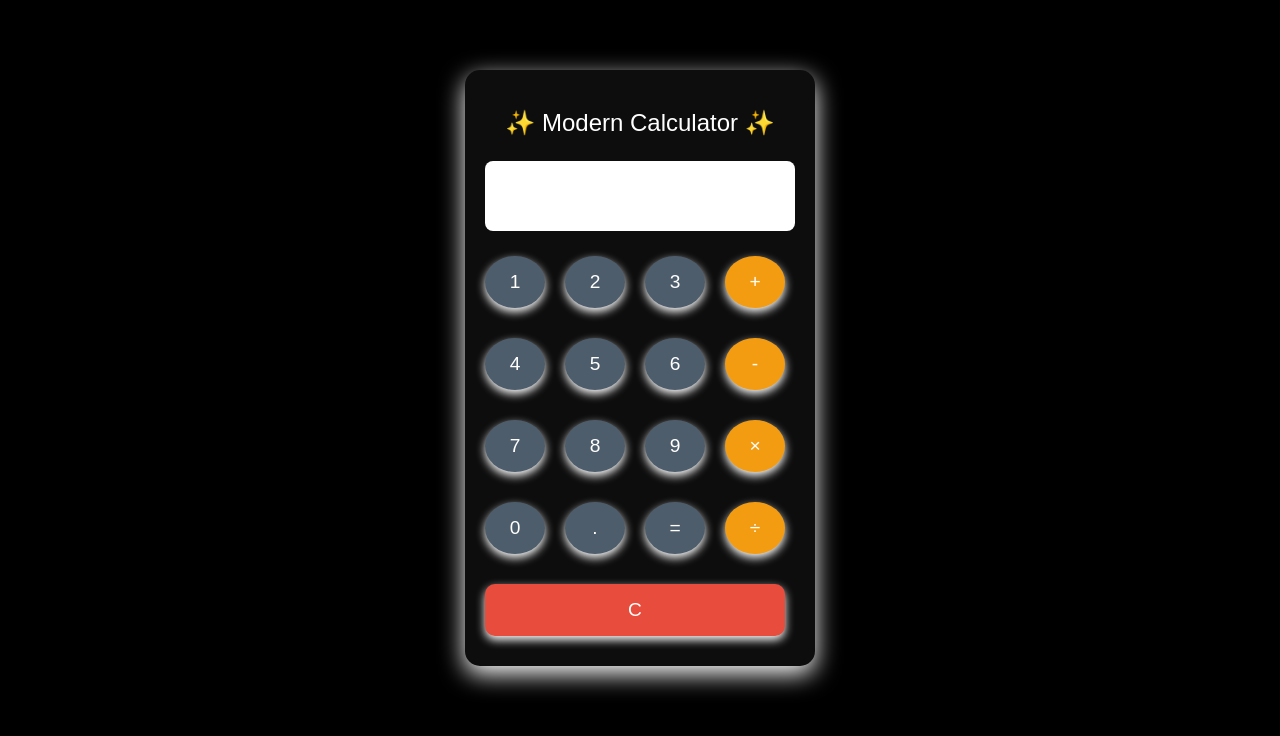
Repository: hawamubarakk/Calculator
Page: calculator.html
The author's editor kept a copy of each file at every save. The page is drawn from the files as they stood at one save, then again after the next save.
The browser window is 1280 px wide. The pictures show the whole page.

Above is the page before, as saved 2025-08-15 22:01:48.

### calculator.html
<!DOCTYPE html>
<html lang="en">
<head>
  <meta charset="UTF-8">
  <meta name="viewport" content="width=device-width, initial-scale=1.0">
  <title>Modern Calculator</title>
  <link rel="stylesheet" href="style.css">
</head>
<body>
  <div class="calculator-container">
    <h2>✨ Modern Calculator ✨</h2>
    <p class="js-calculation"></p>

    <div class="buttons-grid">
      <button data-value="1">1</button>
      <button data-value="2">2</button>
      <button data-value="3">3</button>
      <button class="op" data-value="+">+</button>

      <button data-value="4">4</button>
      <button data-value="5">5</button>
      <button data-value="6">6</button>
      <button class="op" data-value="-">-</button>

      <button data-value="7">7</button>
      <button data-value="8">8</button>
      <button data-value="9">9</button>
      <button class="op" data-value="*">×</button>

      <button data-value="0">0</button>
      <button data-value=".">.</button>
      <button id="equals">=</button>
      <button class="op" data-value="/">÷</button>

      <button id="clear" class="clear-btn">C</button>
    </div>
  </div>

  <script src="script.js"></script>
</body>
</html>

### style.css
body {
  background-color: black;
  font-family: Arial, sans-serif;
  color: black;
  display: flex;
  justify-content: center;
  align-items: center;
  height: 100vh;
}

.calculator-container {
  background: rgba(255, 255, 255, 0.05);
  padding: 20px;
  border-radius: 15px;
  box-shadow: 0 8px 25px white;
  text-align: center;
}

h2 {
  margin-bottom: 10px;
  font-weight: normal;
  color: white;
}

.js-calculation {
  background: white;
  padding: 15px;
  border-radius: 8px;
  font-size: 1.5rem;
  margin-bottom: 15px;
  min-height: 40px;
  transition: all 0.3s ease-in-out;
}

.buttons-grid {
  display: grid;
  grid-template-columns: repeat(4, 70px);
  gap: 10px;
}

button {
  font-size: 1.2rem;
  padding: 15px;
  border: none;
  border-radius: 50%;
  background: #4e5d6c;
  color: white;
  cursor: pointer;
  transition: transform 0.15s ease;
  box-shadow: 0 4px 10px white;
  margin-top: 10px;
  margin-bottom: 10px;
  margin-right: 10px;
}

button:hover {
  background: #5b8abc;
  transform: scale(1.1);
}

button:active {
  transform: scale(0.9);
}

.op {
  background: #f39c12;
}

.op:hover {
  background: #e67e22;
}

.clear-btn {
  grid-column: span 4;
  border-radius: 10px;
  background: #e74c3c;
}

.clear-btn:hover {
  background: #e74c3c;
}

### script.js
let calculation = localStorage.getItem('calculation') || '';
displayCalculation();

function updateCalculation(value) {
  calculation += value;
  displayCalculation();
  localStorage.setItem('calculation', calculation);
}

function displayCalculation() {
  document.querySelector('.js-calculation').textContent = calculation;
}

function evaluateCalculation() {
  try {
    calculation = eval(calculation);
    displayCalculation();
    localStorage.setItem('calculation', calculation);
  } catch {
    calculation = "Error";
    displayCalculation();
  }
}

function clearCalculation() {
  calculation = '';
  displayCalculation();
  localStorage.setItem('calculation', calculation);
}

// Mouse Click Support
document.querySelectorAll('button[data-value]').forEach(btn => {
  btn.addEventListener('click', () => {
    updateCalculation(btn.getAttribute('data-value'));
  });
});

document.getElementById('equals').addEventListener('click', evaluateCalculation);
document.getElementById('clear').addEventListener('click', clearCalculation);

// Keyboard Support
document.addEventListener("keydown", function(event) {
  const key = event.key;

  if (!isNaN(key) || key === ".") updateCalculation(key);
  if (["+", "-", "*", "/"].includes(key)) updateCalculation(` ${key} `);
  if (key === "Enter") evaluateCalculation();
  if (key === "Backspace") {
    calculation = calculation.slice(0, -1);
    displayCalculation();
  }
  if (key === "Escape") clearCalculation();
});

After the next save:
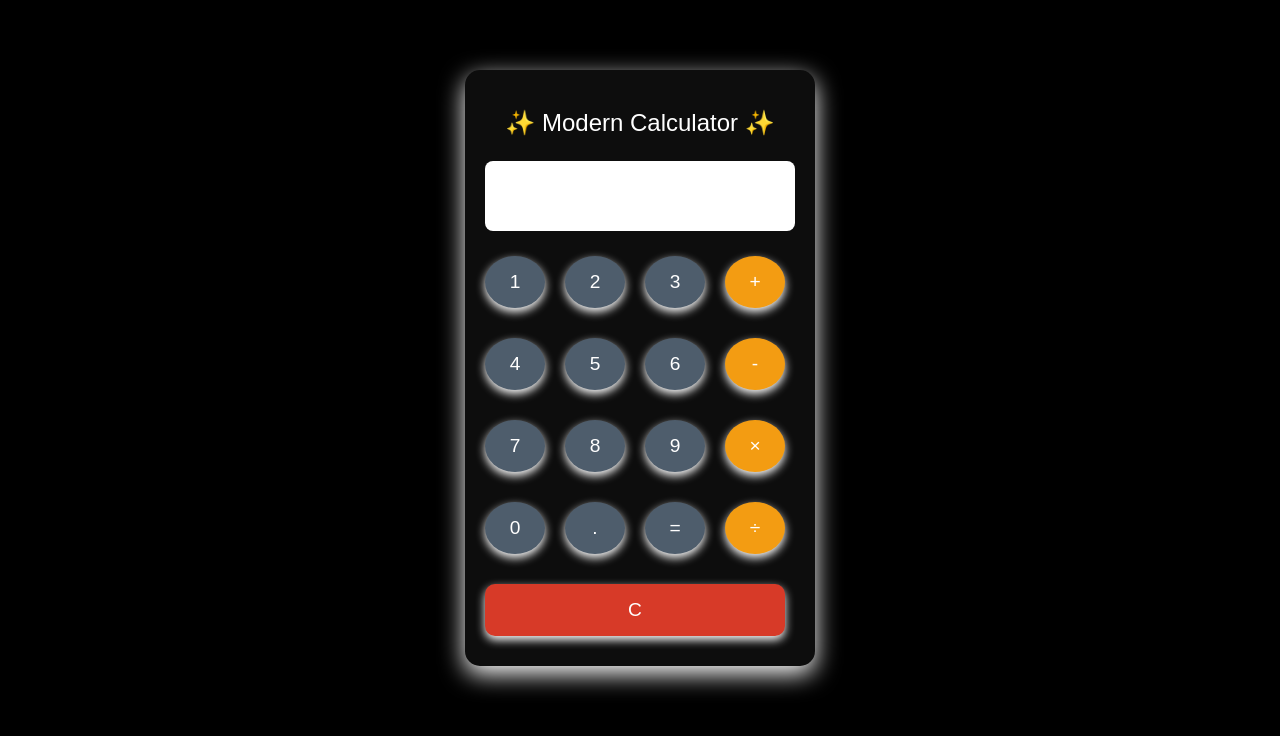
Saved 6 s later.
--- a/style.css
+++ b/style.css
@@ -73,7 +73,7 @@ button:active {
 .clear-btn {
   grid-column: span 4;
   border-radius: 10px;
-  background: #e74c3c;
+  background: #d73a28;
 }
 
 .clear-btn:hover {
